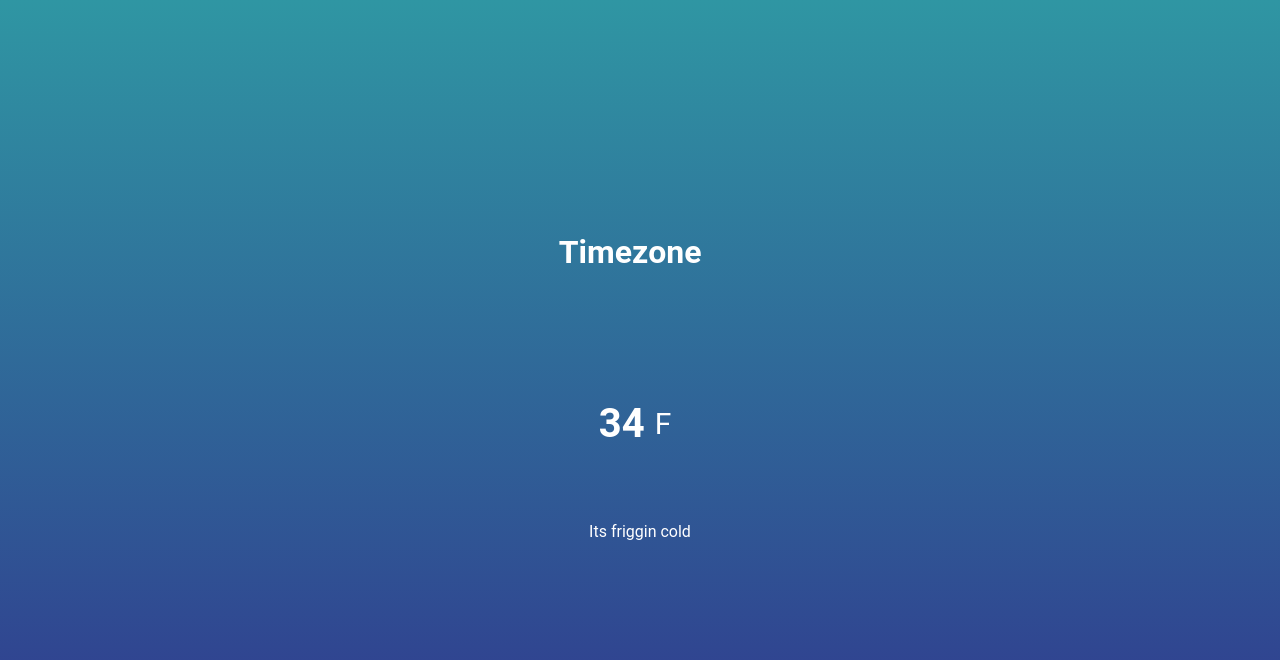
Repository: BaczkiewiczDawid/weatherApp
Page: index.html
These files come from the project's save history. The page is drawn as it stood at one moment and after the next save; the edit follows.
The browser window is 1280 px wide. The pictures show the whole page.

Above is the page before, as saved 2020-02-22 20:04:19.

After the next save:
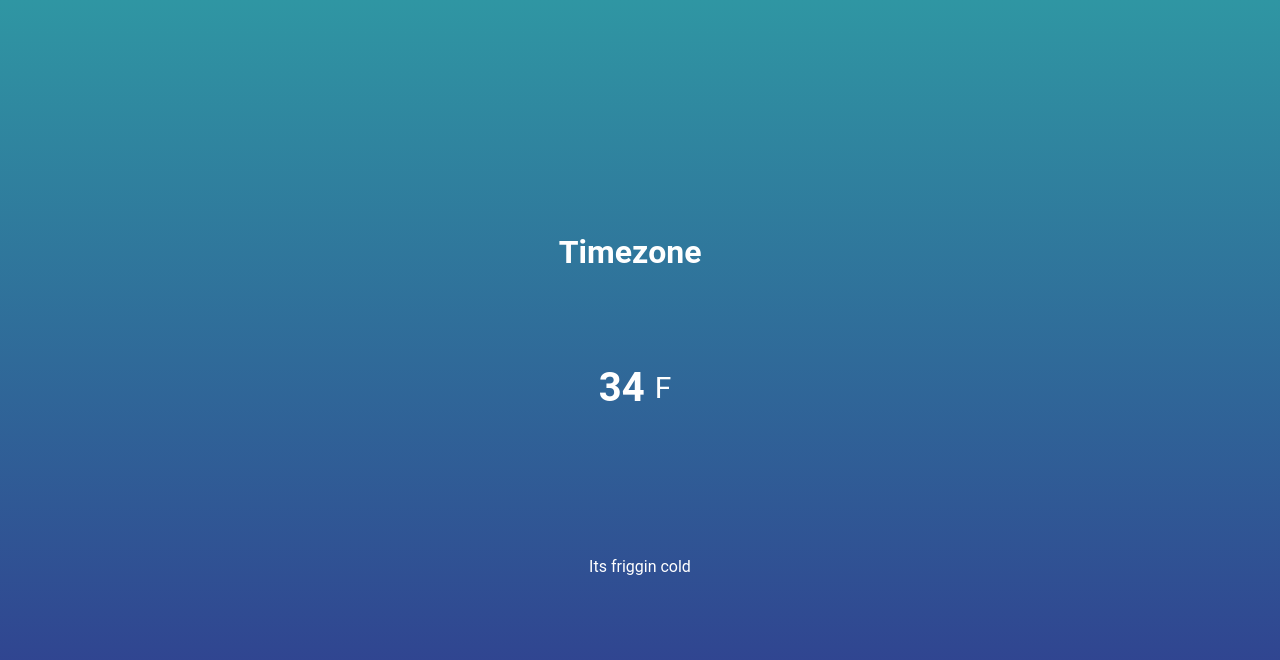
Saved 14 s later.
--- a/style.css
+++ b/style.css
@@ -17,7 +17,7 @@
     height: 30vh;
     width: 60%;
     display: flex;
-    justify-content: space-around;
+    justify-content: space-between;
     align-items: center;
 }
 .temperature {

After the save that followed:
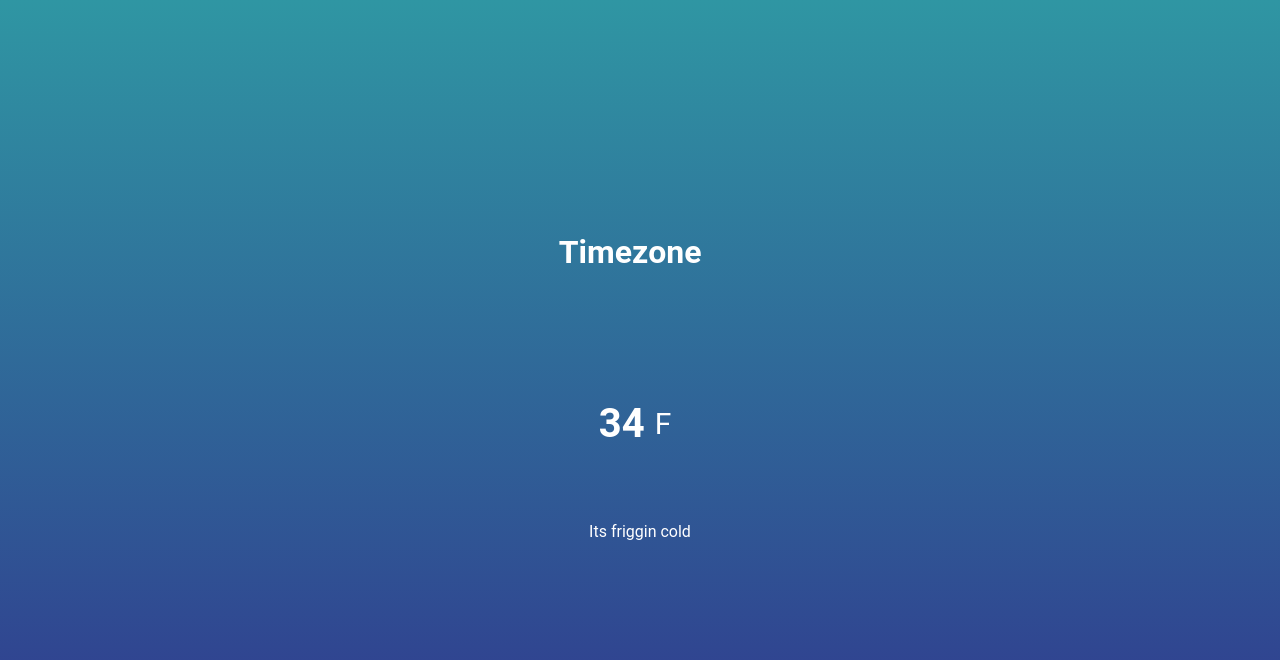
Saved 4 s later.
--- a/style.css
+++ b/style.css
@@ -17,7 +17,7 @@
     height: 30vh;
     width: 60%;
     display: flex;
-    justify-content: space-between;
+    justify-content: space-around;
     align-items: center;
 }
 .temperature {
